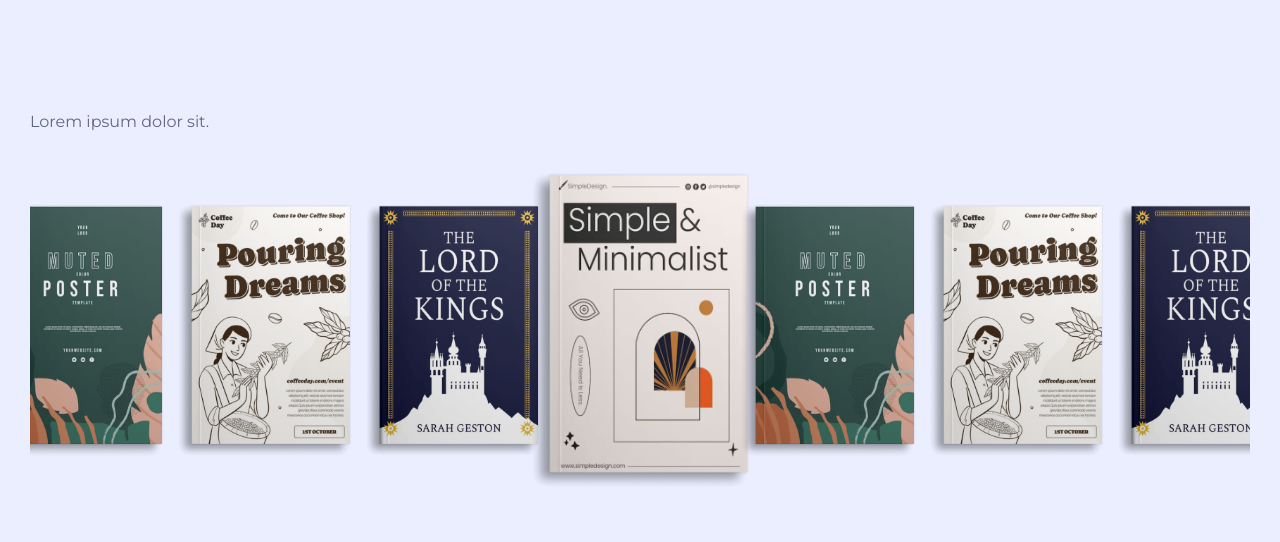
Repository: dinhhaidh/slider-book
Page: index1.html
The author's editor kept a copy of each file at every save. The page is drawn from the files as they stood at one save, then again after the next save.
The browser window is 1280 px wide. The pictures show the whole page.
Some web fonts or font styles are not loaded; a fallback is used.

Above is the page before, as saved 2024-01-15 15:33:08.

After the next save:
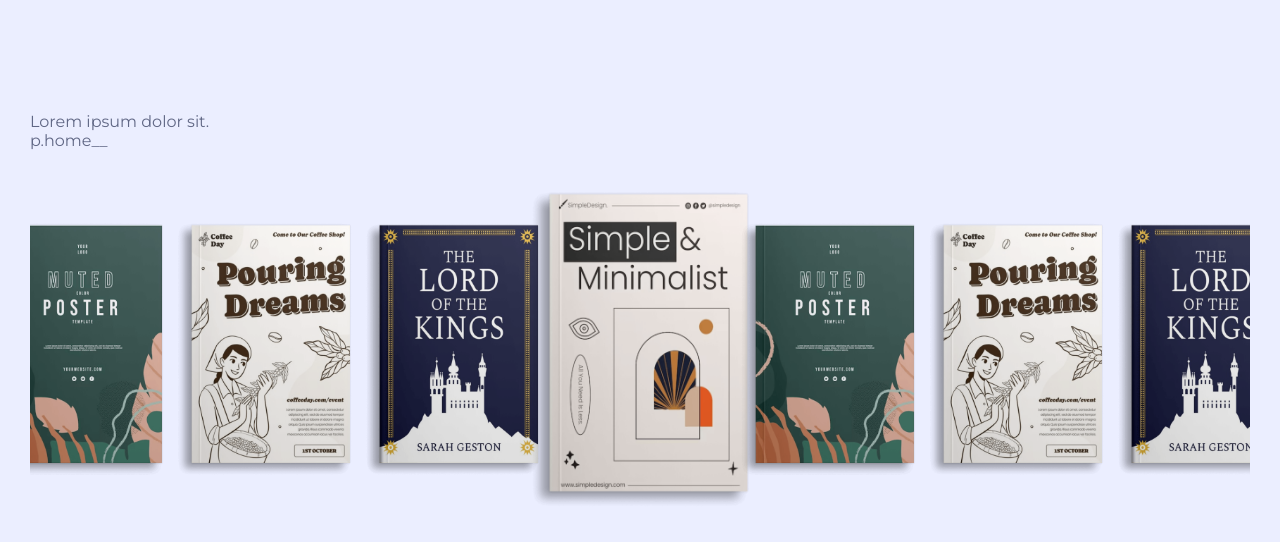
Saved 6 s later.
--- a/index1.html
+++ b/index1.html
@@ -12,6 +12,7 @@
         <div class="home__container container grid">
             <div class="home__data">
                 <div class="h3 home__title">Lorem ipsum dolor sit.</div>
+                p.home__
             </div>
             <div class="home__image">
                 <div class="home__swiper swiper">
